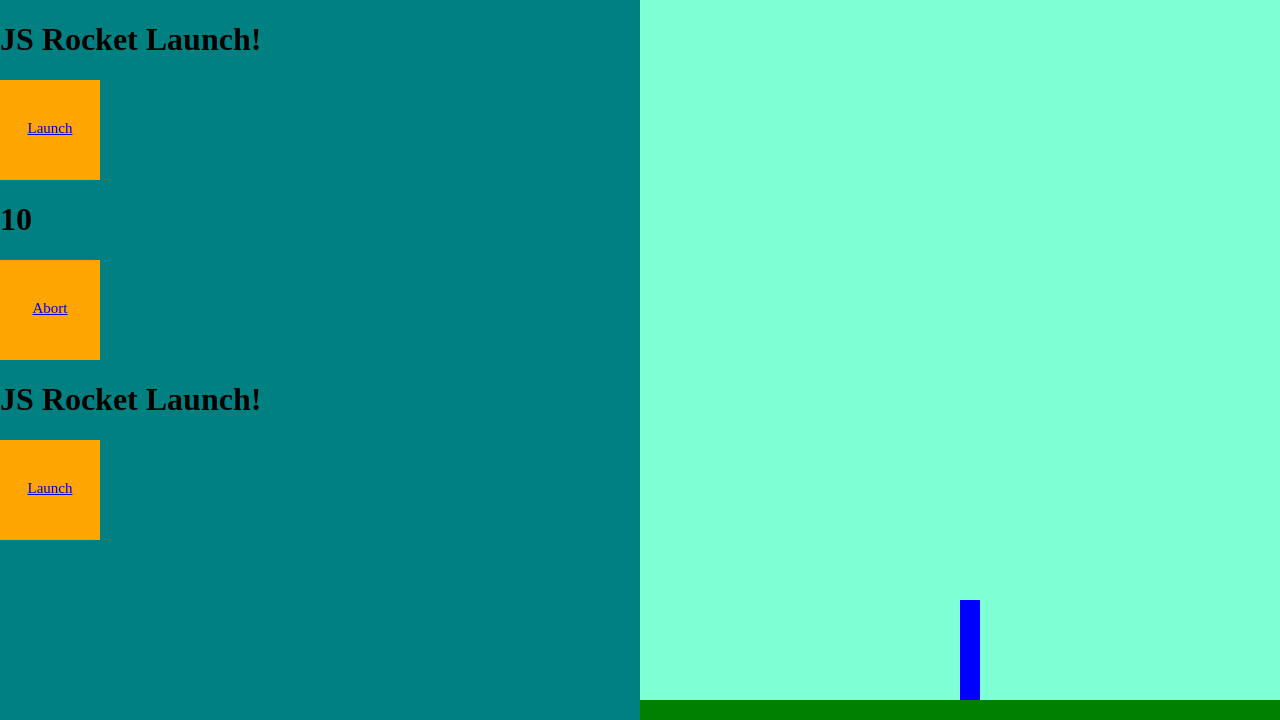
Repository: alcarrizo/Rocket-launch
Page: index.html
These files come from the project's save history. The page is drawn as it stood at one moment and after a run of saves; the edit follows.
The browser window is 1280 px wide. The pictures show the whole page.

Above is the page before, as saved 2022-10-19 20:44:30.

### index.html
<!DOCTYPE html>
<html lang="en">
<head>
    <meta charset="UTF-8">
    <meta http-equiv="X-UA-Compatible" content="IE=edge">
    <meta name="viewport" content="width=device-width, initial-scale=1.0">
    <title>Rocket Launch sequence</title>
    <script type="text/javascript" src="js/script.js"> </script>
    <link rel="stylesheet" href="css/style.css">
</head>
<body>
    <div class="left">
        <div class="state1">
            <h1>JS Rocket Launch!</h1>
            <a href="#" class="button" onclick="startCountDown();">Launch</a>
        </div>
        <div class="state2">
            <h1 class="countdown">10</h1>
            <a href="#" class="button" onclick="abort();">Abort</a>
        </div>
        <div class="state3">
            <h1>JS Rocket Launch!</h1>
            <a href="#" class="button" onclick="startCountDown();">Launch</a>
        </div>
    </div>

    <div class="right">
        <div class="rocket" id="rocket"></div>
        <div class="ground"></div>
    </div>
</body>
</html>

### js/script.js
var startCountDown = function () {
    document.getElementById('rocket').className = 'rocket flying';
}

### css/style.css
body {
    position: relative;
}

.left {
    position: fixed;
    box-sizing: border-box;
    width: 50%;
    height: 100%;
    top: 0;
    left: 0;
    background-color: teal;
}

.right {
    position: fixed;
    box-sizing: border-box;
    width: 50%;
    height: 100%;
    top: 0;
    right: 0;
    background-color: aquamarine;
}

.rocket {
    position: absolute;
    left: 50%;
    bottom: 20px;
    width: 20px;
    height: 100px;
    background-color: blue;
    transition: bottom 10s;

}

.rocket.flying {
    bottom: 1000px;
}


.ground {
    background-color: green;
    position: absolute;
    bottom: 0;
    left: 0;
    width: 100%;
    height: 20px;
}

a {}

a.button {
    display: block;
    box-sizing: border-box;
    text-align: center;
    padding-top: 40px;
    height: 100px;
    width: 100px;
    font-size: 15px;
    background-color: orange;

}

After the next 2 saves:
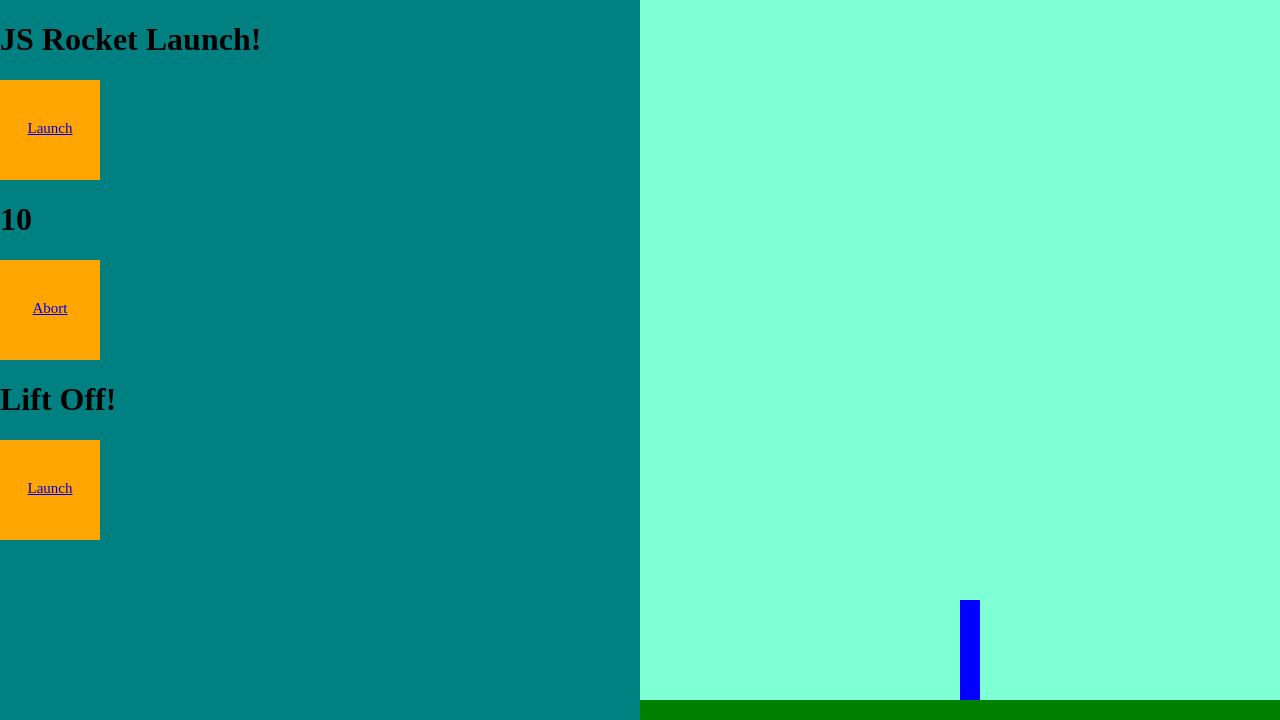
The 2 saves are shown as one change because they came seconds apart.
The last was saved 57 s later.
--- a/index.html
+++ b/index.html
@@ -19,7 +19,7 @@
             <a href="#" class="button" onclick="abort();">Abort</a>
         </div>
         <div class="state3">
-            <h1>JS Rocket Launch!</h1>
+            <h1>Lift Off!</h1>
             <a href="#" class="button" onclick="startCountDown();">Launch</a>
         </div>
     </div>
